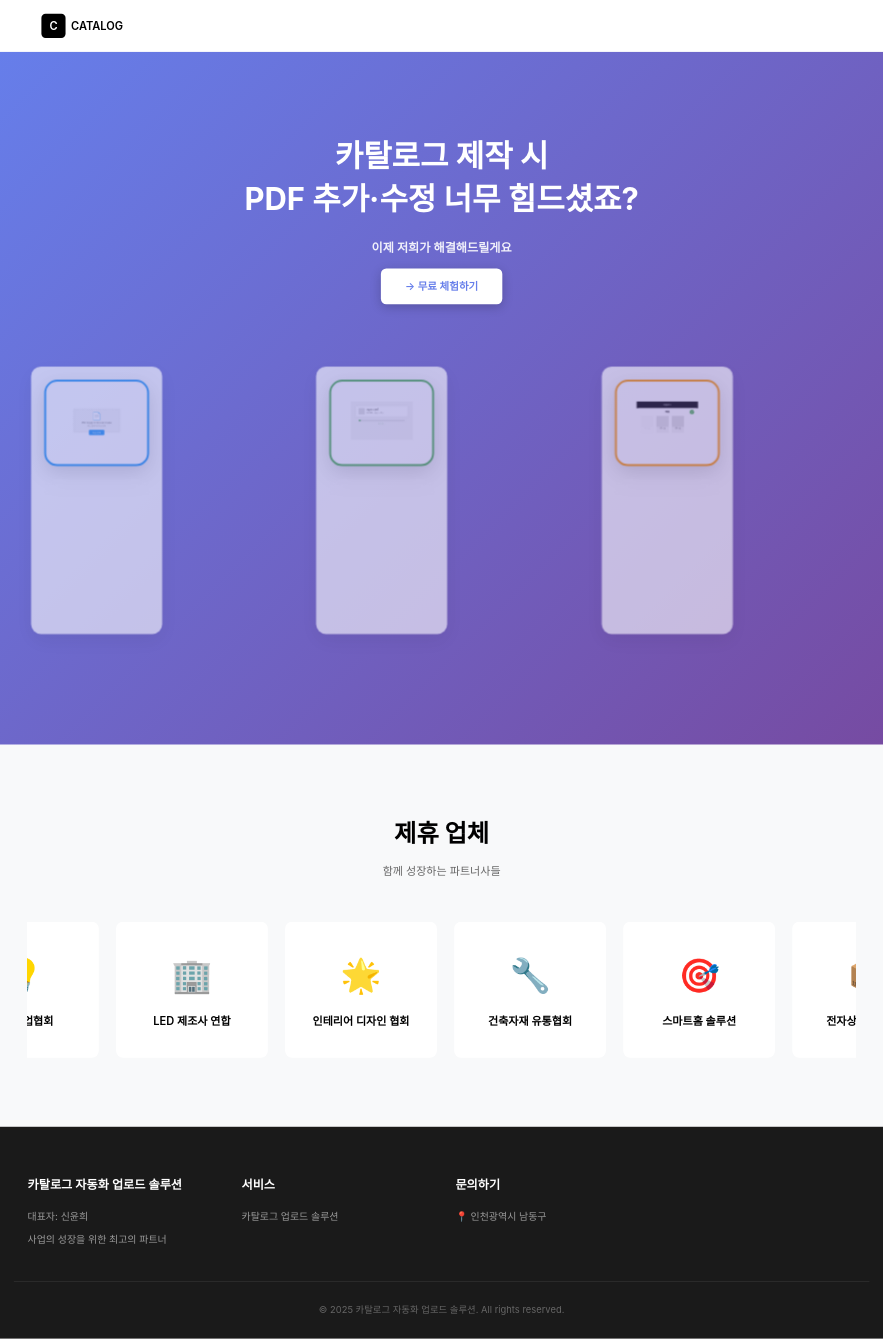
Repository: ororso11/catamaster
Page: index.html
The author's editor kept a copy of each file at every save. The page is drawn from the files as they stood at one save, then again after the next save.
The browser window is 1280 px wide. The pictures show the whole page, at 69% of full size.

Above is the page before, as saved 2025-10-05 00:29:11.
Console error: TypeError: Cannot read properties of null (reading 'classList')

### index.html
<!DOCTYPE html>
<html lang="ko">
<head>
    <meta charset="UTF-8">
    <meta name="viewport" content="width=device-width, initial-scale=1.0">
    <title>카탈로그 자동화 업로드 솔루션</title>
    <link rel="stylesheet" href="style.css">
</head>
<body>
    <!-- 스크롤 진행 바 -->
    <div class="progress-line" id="progressLine"></div>

    <!-- Header -->
    <header>
        <div class="header-container">
            <div class="logo">
                <div class="logo-icon">C</div>
                <span>CATALOG</span>
            </div>
            <nav id="mainNav"></nav>
            <button class="mobile-menu-btn" onclick="toggleMenu()">☰</button>
        </div>
    </header>

    <!-- Hero Section -->
    <section class="hero" id="home">
        <div class="hero-content">
            <h1>카탈로그 제작 시<br>PDF 추가·수정 너무 힘드셨죠?</h1>
            <p class="subtitle">이제 저희가 해결해드릴게요</p>
            <a href="dashboard.html" class="cta-button">무료 체험하기</a>

            <!-- 프로세스 시각화 -->
            <div class="process-visualization">
                <!-- Step 1 -->
                <div class="process-step">
                    <div class="process-image-container step1-container">
                        <svg viewBox="0 0 400 250" xmlns="http://www.w3.org/2000/svg">
                            <rect fill="#fff" width="400" height="250"/>
                            <rect class="dropzone" x="50" y="50" width="300" height="150" rx="8" fill="#f5f5f5" stroke="#ddd" stroke-width="2" stroke-dasharray="10,5"/>
                            <text class="upload-icon" x="200" y="110" text-anchor="middle" fill="#999" font-size="48">📄</text>
                            <text x="200" y="145" text-anchor="middle" fill="#666" font-size="14">PDF 파일을 여기에 드래그하세요</text>
                            <text x="200" y="165" text-anchor="middle" fill="#999" font-size="12">또는 클릭하여 파일 선택</text>
                            <rect x="150" y="185" width="100" height="35" rx="5" fill="#2196F3"/>
                            <text x="200" y="208" text-anchor="middle" fill="white" font-size="14">파일 선택</text>
                        </svg>
                    </div>
                    <div class="process-description">
                        <div class="step-title">1. PDF 업로드</div>
                        <p class="step-text">기존 카탈로그 PDF를 드래그하거나 클릭하여 간편하게 업로드하세요</p>
                    </div>
                </div>

                <!-- Step 2 -->
                <div class="process-step">
                    <div class="process-image-container">
                        <svg viewBox="0 0 400 250" xmlns="http://www.w3.org/2000/svg">
                            <rect fill="#f5f5f5" width="400" height="250"/>
                            <rect x="30" y="30" width="340" height="70" rx="8" fill="white" stroke="#ddd"/>
                            <rect x="50" y="45" width="40" height="40" rx="4" fill="#e0e0e0"/>
                            <text x="100" y="60" fill="#333" font-size="14">카탈로그.pdf</text>
                            <text x="100" y="80" fill="#999" font-size="11">0.31 MB • 제품 수: 8개</text>
                            <rect x="50" y="120" width="300" height="8" rx="4" fill="#e0e0e0"/>
                            <rect class="progress-bar" x="50" y="120" width="0" height="8" rx="4" fill="#4CAF50"/>
                            <text class="processing-text" x="200" y="150" text-anchor="middle" fill="#4CAF50" font-size="12">처리 중...</text>
                        </svg>
                    </div>
                    <div class="process-description">
                        <div class="step-title">2. 자동 처리</div>
                        <p class="step-text">AI가 제품 정보를 자동으로 추출하고 웹페이지로 변환합니다</p>
                    </div>
                </div>

                <!-- Step 3 -->
                <div class="process-step">
                    <div class="process-image-container">
                        <svg viewBox="0 0 400 250" xmlns="http://www.w3.org/2000/svg">
                            <rect fill="#000" width="400" height="45"/>
                            <text x="200" y="28" text-anchor="middle" fill="white" font-size="14">카탈로그</text>
                            <rect x="10" y="45" width="380" height="195" fill="#fff"/>
                            <text x="200" y="75" text-anchor="middle" fill="#333" font-size="16" font-weight="bold">제품</text>

                            <g class="product-card card-1">
                                <rect x="30" y="95" width="80" height="110" rx="4" fill="#f5f5f5"/>
                                <rect x="30" y="95" width="80" height="70" rx="4" fill="#e0e0e0"/>
                                <text x="70" y="180" text-anchor="middle" fill="#666" font-size="10">LED 제품</text>
                            </g>

                            <g class="product-card card-2">
                                <rect x="130" y="95" width="80" height="110" rx="4" fill="#f5f5f5"/>
                                <rect x="130" y="95" width="80" height="70" rx="4" fill="#e0e0e0"/>
                                <text x="170" y="180" text-anchor="middle" fill="#666" font-size="10">LED 제품</text>
                            </g>

                            <g class="product-card card-3">
                                <rect x="230" y="95" width="80" height="110" rx="4" fill="#f5f5f5"/>
                                <rect x="230" y="95" width="80" height="70" rx="4" fill="#e0e0e0"/>
                                <text x="270" y="180" text-anchor="middle" fill="#666" font-size="10">LED 제품</text>
                            </g>

                            <g class="check-mark">
                                <circle cx="360" cy="70" r="15" fill="#4CAF50"/>
                                <path d="M 354 70 L 358 74 L 366 66" stroke="white" stroke-width="2" fill="none" stroke-linecap="round"/>
                            </g>
                        </svg>
                    </div>
                    <div class="process-description">
                        <div class="step-title">3. 웹사이트 완성</div>
                        <p class="step-text">모바일에서도 완벽한 반응형 카탈로그 웹사이트가 즉시 완성됩니다</p>
                    </div>
                </div>
            </div>
        </div>
    </section>

    <!-- Partners Section -->
    <section class="partners" id="partners">
        <h2 class="section-title">제휴 업체</h2>
        <p class="section-subtitle">함께 성장하는 파트너사들</p>

        <div class="partners-slider">
            <div class="partners-track">
                <div class="partner-card">
                    <div class="partner-logo">💡</div>
                    <div class="partner-name">조명산업협회</div>
                </div>
                <div class="partner-card">
                    <div class="partner-logo">🏢</div>
                    <div class="partner-name">LED 제조사 연합</div>
                </div>
                <div class="partner-card">
                    <div class="partner-logo">🌟</div>
                    <div class="partner-name">인테리어 디자인 협회</div>
                </div>
                <div class="partner-card">
                    <div class="partner-logo">🔧</div>
                    <div class="partner-name">건축자재 유통협회</div>
                </div>
                <div class="partner-card">
                    <div class="partner-logo">🎯</div>
                    <div class="partner-name">스마트홈 솔루션</div>
                </div>
                <div class="partner-card">
                    <div class="partner-logo">📦</div>
                    <div class="partner-name">전자상거래 플랫폼</div>
                </div>
                <div class="partner-card">
                    <div class="partner-logo">🏭</div>
                    <div class="partner-name">제조업 협회</div>
                </div>
                <div class="partner-card">
                    <div class="partner-logo">🛠️</div>
                    <div class="partner-name">산업용품 유통사</div>
                </div>
                <div class="partner-card">
                    <div class="partner-logo">💡</div>
                    <div class="partner-name">조명산업협회</div>
                </div>
                <div class="partner-card">
                    <div class="partner-logo">🏢</div>
                    <div class="partner-name">LED 제조사 연합</div>
                </div>
                <div class="partner-card">
                    <div class="partner-logo">🌟</div>
                    <div class="partner-name">인테리어 디자인 협회</div>
                </div>
                <div class="partner-card">
                    <div class="partner-logo">🔧</div>
                    <div class="partner-name">건축자재 유통협회</div>
                </div>
            </div>
        </div>
    </section>

    <!-- Footer -->
    <footer id="contact">
        <div class="footer-content">
            <div class="footer-section">
                <h3>카탈로그 자동화 업로드 솔루션</h3>
                <p>대표자: 신윤희</p>
                <p>사업의 성장을 위한 최고의 파트너</p>
            </div>

            <div class="footer-section">
                <h3>서비스</h3>
                <a href="#solutions">카탈로그 업로드 솔루션</a>
            </div>

            <div class="footer-section">
                <h3>문의하기</h3>
                <p>📍 인천광역시 남동구</p>
            </div>
        </div>

        <div class="footer-bottom">
            <p>&copy; 2025 카탈로그 자동화 업로드 솔루션. All rights reserved.</p>
        </div>
    </footer>

    <script src="script.js"></script>

    <style>
        /* 프로세스 애니메이션 */
        .step1-container:hover .upload-icon {
            animation: bounce 1s ease-in-out infinite;
        }

        .step1-container:hover .dropzone {
            stroke: #2196F3;
            stroke-width: 3;
        }

        @keyframes bounce {
            0%, 100% { transform: translateY(0); }
            50% { transform: translateY(-10px); }
        }

        .progress-bar {
            animation: progressFill 2s ease-in-out infinite;
        }

        @keyframes progressFill {
            0% { width: 0; }
            50% { width: 300px; }
            100% { width: 0; }
        }

        .processing-text {
            animation: blink 1.5s ease-in-out infinite;
        }

        @keyframes blink {
            0%, 100% { opacity: 0.3; }
            50% { opacity: 1; }
        }

        .product-card {
            opacity: 0;
            animation: fadeInUp 3s ease-in-out infinite;
        }

        .card-1 {
            animation-delay: 0s;
        }

        .card-2 {
            animation-delay: 0.3s;
        }

        .card-3 {
            animation-delay: 0.6s;
        }

        .check-mark {
            opacity: 0;
            animation: fadeIn 3s ease-in-out infinite;
            animation-delay: 1.2s;
        }

        @keyframes fadeInUp {
            0%, 100% { opacity: 0; }
            20%, 80% { opacity: 1; }
        }

        @keyframes fadeIn {
            0%, 100% { opacity: 0; }
            40%, 80% { opacity: 1; }
        }
    </style>
</body>
</html>

### style.css
* {
    margin: 0;
    padding: 0;
    box-sizing: border-box;
}

body {
    font-family: -apple-system, BlinkMacSystemFont, 'Segoe UI', 'Malgun Gothic', sans-serif;
    color: #333;
    line-height: 1.6;
    overflow-x: hidden;
}

/* 스크롤 진행 바 */
.progress-line {
    position: fixed;
    top: 0;
    left: 0;
    height: 3px;
    background: #667eea;
    width: 0%;
    transition: width 0.3s ease;
    z-index: 9999;
}

/* Header */
header {
    background: white;
    padding: 20px 0;
    box-shadow: 0 1px 0 rgba(0,0,0,0.05);
    position: sticky;
    top: 0;
    z-index: 100;
}

.header-container {
    max-width: 1200px;
    margin: 0 auto;
    padding: 0 20px;
    display: flex;
    justify-content: space-between;
    align-items: center;
}

.logo {
    display: flex;
    align-items: center;
    gap: 8px;
    font-size: 1rem;
    font-weight: 600;
    color: #000;
}

.logo-icon {
    width: 35px;
    height: 35px;
    background: #000;
    border-radius: 6px;
    display: flex;
    align-items: center;
    justify-content: center;
    color: white;
    font-size: 1rem;
}

nav {
    display: flex;
    gap: 35px;
    align-items: center;
}

nav a {
    color: #333;
    text-decoration: none;
    font-size: 0.9rem;
    font-weight: 400;
    transition: color 0.3s;
}

nav a:hover {
    color: #666;
}

.mobile-menu-btn {
    display: none;
    background: none;
    border: none;
    font-size: 1.5rem;
    cursor: pointer;
}

/* Hero Section - 그라데이션 배경 */
.hero {
    background: linear-gradient(135deg, #667eea 0%, #764ba2 100%);
    padding: 120px 20px 150px;
    text-align: center;
    position: relative;
    overflow: hidden;
}

.hero-content {
    max-width: 1200px;
    margin: 0 auto;
    position: relative;
    z-index: 2;
}

.hero h1 {
    font-size: 2.8rem;
    font-weight: 700;
    margin-bottom: 25px;
    color: white;
    line-height: 1.4;
}

.hero .subtitle {
    font-size: 1.1rem;
    color: rgba(255, 255, 255, 0.9);
    margin-bottom: 15px;
    font-weight: 600;
}

.hero .description {
    font-size: 1rem;
    color: rgba(255, 255, 255, 0.8);
    margin-bottom: 40px;
}

.cta-button {
    display: inline-block;
    padding: 14px 35px;
    background: white;
    color: #667eea;
    text-decoration: none;
    border-radius: 8px;
    font-weight: 600;
    font-size: 0.95rem;
    transition: all 0.3s;
    box-shadow: 0 4px 15px rgba(0, 0, 0, 0.2);
}

.cta-button:hover {
    transform: translateY(-3px);
    box-shadow: 0 6px 20px rgba(0, 0, 0, 0.3);
}

.cta-button::before {
    content: '→ ';
}

/* 프로세스 시각화 스타일 */
.process-visualization {
    margin-top: 80px;
    display: grid;
    grid-template-columns: repeat(3, 1fr);
    gap: 40px;
    max-width: 1200px;
    margin-left: auto;
    margin-right: auto;
}

.process-step {
    text-align: center;
}

.process-image-container {
    background: white;
    border-radius: 20px;
    padding: 30px;
    box-shadow: 0 10px 30px rgba(0, 0, 0, 0.15);
    margin-bottom: 20px;
    border: 3px solid transparent;
    transition: all 0.4s ease;
    cursor: pointer;
}

.process-step:nth-child(1) .process-image-container {
    border-color: #2196F3;
}

.process-step:nth-child(2) .process-image-container {
    border-color: #4CAF50;
}

.process-step:nth-child(3) .process-image-container {
    border-color: #FF9800;
}

.process-image-container:hover {
    transform: translateY(-10px) scale(1.02);
    box-shadow: 0 20px 40px rgba(0, 0, 0, 0.25);
}

.process-image-container img {
    width: 100%;
    border-radius: 10px;
    display: block;
}

.process-description {
    background: rgba(255, 255, 255, 0.15);
    border-radius: 15px;
    padding: 25px;
    backdrop-filter: blur(10px);
    transition: all 0.3s ease;
}

.process-step:hover .process-description {
    background: rgba(255, 255, 255, 0.25);
    transform: translateY(-5px);
}

.process-description .step-title {
    color: white;
    font-size: 20px;
    font-weight: 700;
    margin-bottom: 12px;
}

.process-description .step-text {
    color: rgba(255, 255, 255, 0.9);
    font-size: 14px;
    line-height: 1.6;
    margin: 0;
}

/* 입자 효과 제거 */
.particles {
    display: none;
}

.particle {
    display: none;
}

/* Partners Section */
.partners {
    padding: 100px 20px;
    background: #f8f9fa;
    overflow: hidden;
}

.section-title {
    text-align: center;
    font-size: 2.2rem;
    color: #000;
    margin-bottom: 15px;
    font-weight: 700;
}

.section-subtitle {
    text-align: center;
    color: #666;
    margin-bottom: 60px;
    font-size: 1rem;
}

.partners-slider {
    max-width: 1200px;
    margin: 60px auto 0;
    overflow: hidden;
    position: relative;
}

.partners-track {
    display: flex;
    gap: 25px;
    animation: scroll 30s linear infinite;
}

@keyframes scroll {
    0% {
        transform: translateX(0);
    }
    100% {
        transform: translateX(-50%);
    }
}

.partners-track:hover {
    animation-play-state: paused;
}

.partner-card {
    min-width: 220px;
    background: white;
    padding: 40px 25px;
    border-radius: 10px;
    text-align: center;
    transition: all 0.3s;
    flex-shrink: 0;
}

.partner-card:hover {
    box-shadow: 0 5px 20px rgba(0,0,0,0.1);
    transform: translateY(-5px);
}

.partner-logo {
    font-size: 3rem;
    margin-bottom: 15px;
}

.partner-name {
    font-weight: 600;
    color: #000;
    font-size: 1rem;
}

/* Solutions Section */
.solutions {
    padding: 100px 20px;
    background: white;
}

.solutions-grid {
    max-width: 1200px;
    margin: 0 auto;
    display: grid;
    grid-template-columns: repeat(3, 1fr);
    gap: 30px;
}

.solution-card {
    background: #f8f9fa;
    padding: 35px 25px;
    border-radius: 10px;
    transition: all 0.3s;
}

.solution-card:hover {
    background: #e9ecef;
    transform: translateY(-5px);
}

.solution-icon {
    font-size: 2.8rem;
    margin-bottom: 18px;
}

.solution-card h3 {
    color: #000;
    margin-bottom: 12px;
    font-size: 1.25rem;
    font-weight: 600;
}

.solution-card p {
    color: #666;
    line-height: 1.6;
    font-size: 0.9rem;
}

/* Footer */
footer {
    background: #1a1a1a;
    color: #999;
    padding: 70px 20px 30px;
}

.footer-content {
    max-width: 1200px;
    margin: 0 auto;
    display: grid;
    grid-template-columns: repeat(4, 1fr);
    gap: 40px;
    margin-bottom: 40px;
}

.footer-section h3 {
    margin-bottom: 20px;
    font-size: 1.1rem;
    color: white;
    font-weight: 600;
}

.footer-section p,
.footer-section a {
    color: #999;
    text-decoration: none;
    display: block;
    margin-bottom: 10px;
    font-size: 0.9rem;
    transition: color 0.3s;
}

.footer-section a:hover {
    color: white;
}

.footer-bottom {
    text-align: center;
    padding-top: 30px;
    border-top: 1px solid #333;
    color: #666;
    font-size: 0.85rem;
}

.company-badge {
    position: fixed;
    bottom: 30px;
    right: 30px;
    font-size: 2rem;
    color: #ccc;
    font-weight: 300;
    letter-spacing: 2px;
    font-family: serif;
}

/* Mobile Responsive */
@media (max-width: 768px) {
    nav {
        display: none;
        position: absolute;
        top: 75px;
        left: 0;
        right: 0;
        background: white;
        flex-direction: column;
        padding: 20px;
        box-shadow: 0 5px 20px rgba(0,0,0,0.1);
    }

    nav.active {
        display: flex;
    }

    .mobile-menu-btn {
        display: block;
    }

    .hero h1 {
        font-size: 1.8rem;
    }

    .process-visualization {
        grid-template-columns: 1fr;
        gap: 50px;
    }

    .solutions-grid {
        grid-template-columns: 1fr;
    }

    .footer-content {
        grid-template-columns: 1fr;
    }

    .company-badge {
        display: none;
    }
}

Loaded but not shown: script.js (455 lines, source omitted)

After the next save:
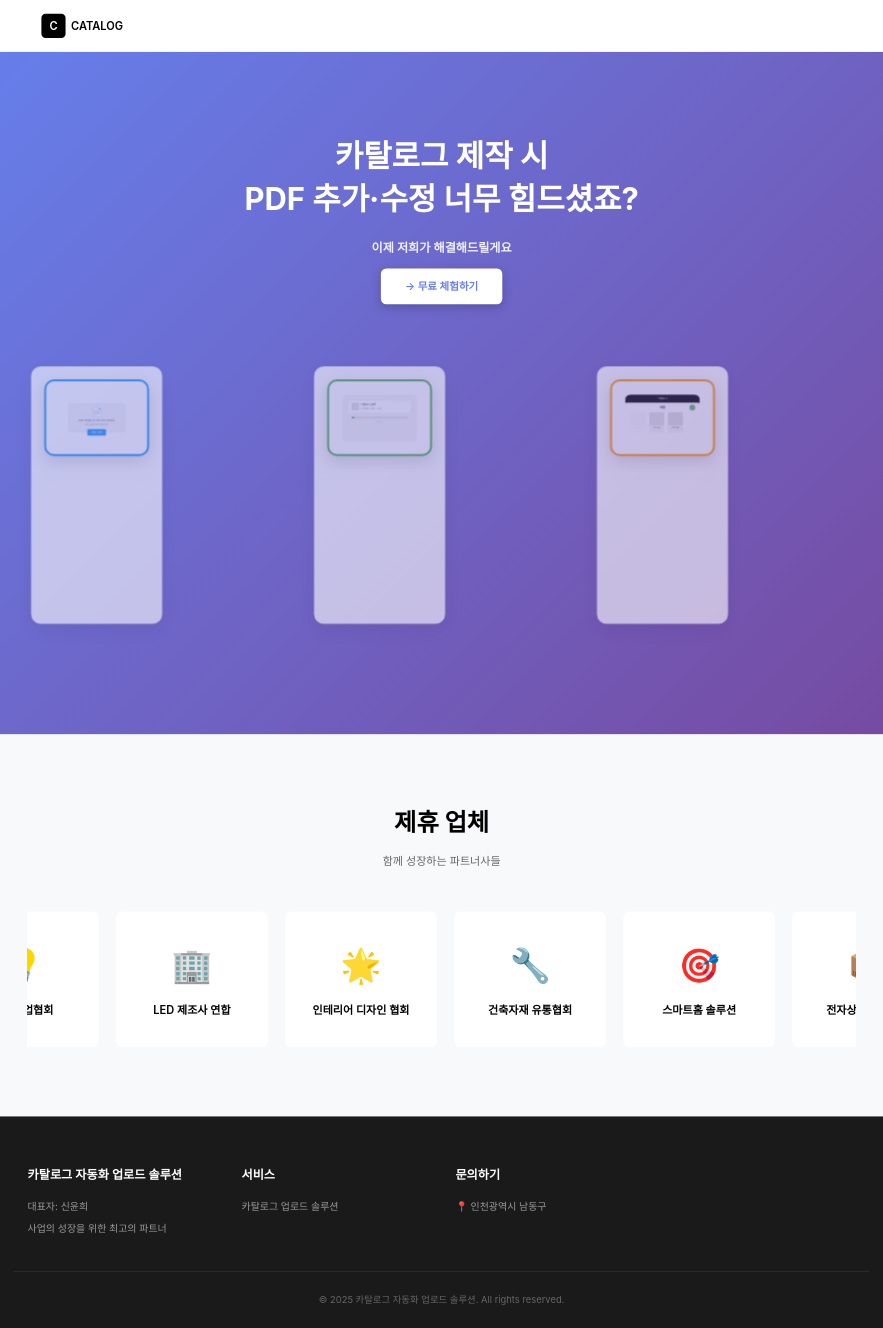
Saved 81 s later.
--- a/style.css
+++ b/style.css
@@ -153,7 +153,7 @@ nav a:hover {
     margin-top: 80px;
     display: grid;
     grid-template-columns: repeat(3, 1fr);
-    gap: 40px;
+    gap: 30px;
     max-width: 1200px;
     margin-left: auto;
     margin-right: auto;
@@ -165,15 +165,22 @@ nav a:hover {
 
 .process-image-container {
     background: white;
-    border-radius: 20px;
-    padding: 30px;
-    box-shadow: 0 10px 30px rgba(0, 0, 0, 0.15);
+    border-radius: 15px;
+    padding: 20px;
+    box-shadow: 0 8px 25px rgba(0, 0, 0, 0.15);
     margin-bottom: 20px;
     border: 3px solid transparent;
     transition: all 0.4s ease;
     cursor: pointer;
 }
 
+.process-image-container svg {
+    width: 100%;
+    height: auto;
+    display: block;
+    border-radius: 8px;
+}
+
 .process-step:nth-child(1) .process-image-container {
     border-color: #2196F3;
 }
@@ -187,14 +194,8 @@ nav a:hover {
 }
 
 .process-image-container:hover {
-    transform: translateY(-10px) scale(1.02);
-    box-shadow: 0 20px 40px rgba(0, 0, 0, 0.25);
-}
-
-.process-image-container img {
-    width: 100%;
-    border-radius: 10px;
-    display: block;
+    transform: translateY(-8px);
+    box-shadow: 0 15px 35px rgba(0, 0, 0, 0.2);
 }
 
 .process-description {
